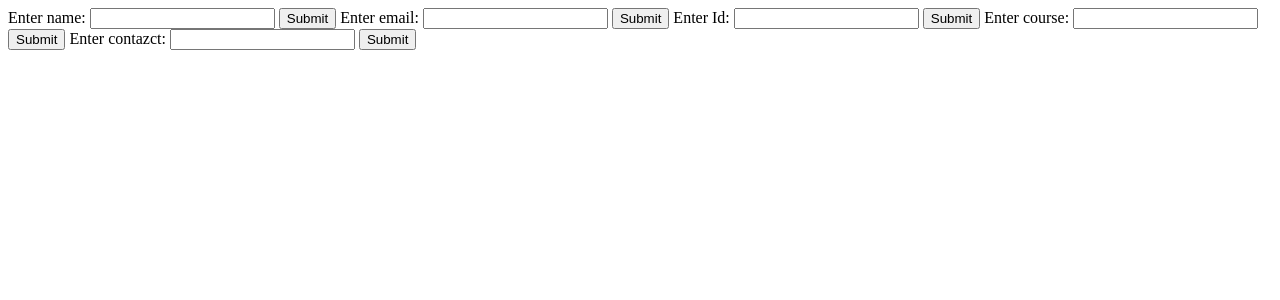
Repository: SanketSShedge/weje2
Page: servlet/src/main/webapp/studentreg.html
An editor plug-in stored every save of this project. The page is shown before and after the next save, followed by the edit.
The browser window is 1280 px wide. The pictures show the whole page.

Above is the page before, as saved 2022-12-11 07:23:45.

After the next save:
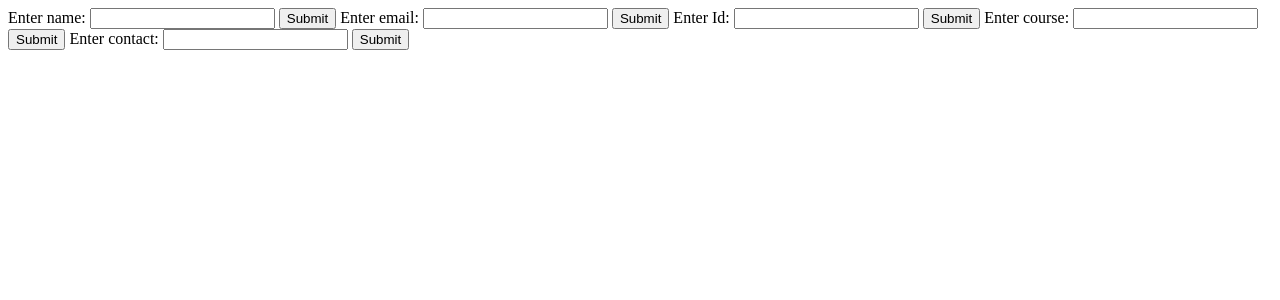
Saved 7 s later.
--- a/servlet/src/main/webapp/studentreg.html
+++ b/servlet/src/main/webapp/studentreg.html
@@ -22,8 +22,8 @@
 	<input type="text" name="text">
 	<input type="Submit" value="Submit">
 
-	<label>Enter contazct:</label>
-	<input type="number" name="number">
+	<label>Enter contact:</label>
+	<input type="tel" name="number">
 	<input type="Submit" value="Submit">
 </form>
 </body>
